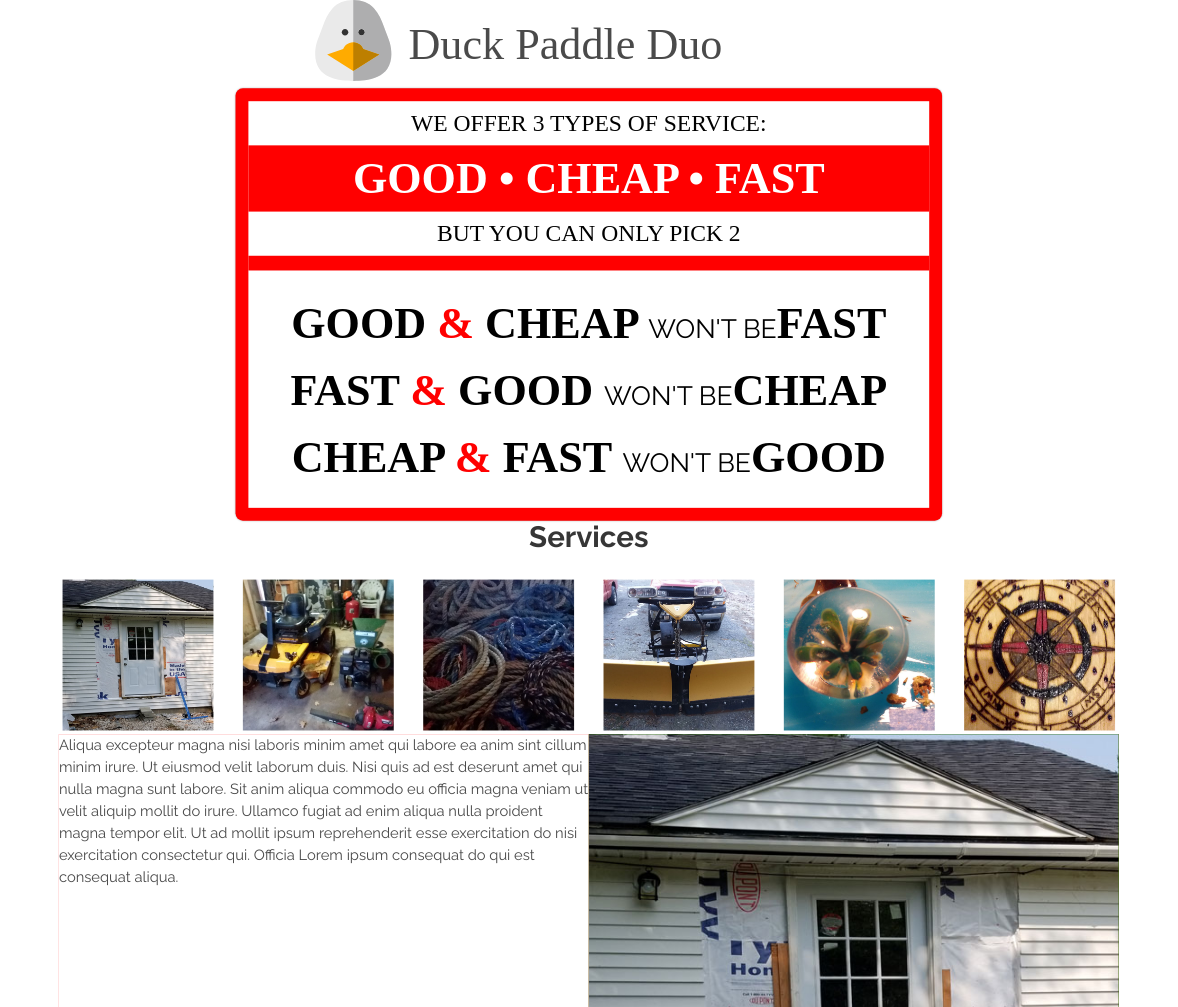
Repository: toddmcbrearty/duckpaddleduo
Page: /
These files come from the project's save history. The page is drawn as it stood at one moment and after the next save; the edit follows.
The browser window is 1280 px wide. The pictures show the whole page, at 92% of full size.
Some web fonts or font styles are not loaded; a fallback is used. The project was rebuilt for these pictures with package versions that can differ from the ones it lists, and the page was loaded fresh each time.

Above is the page before, as saved 2018-12-12 10:19:07.

After the next save:
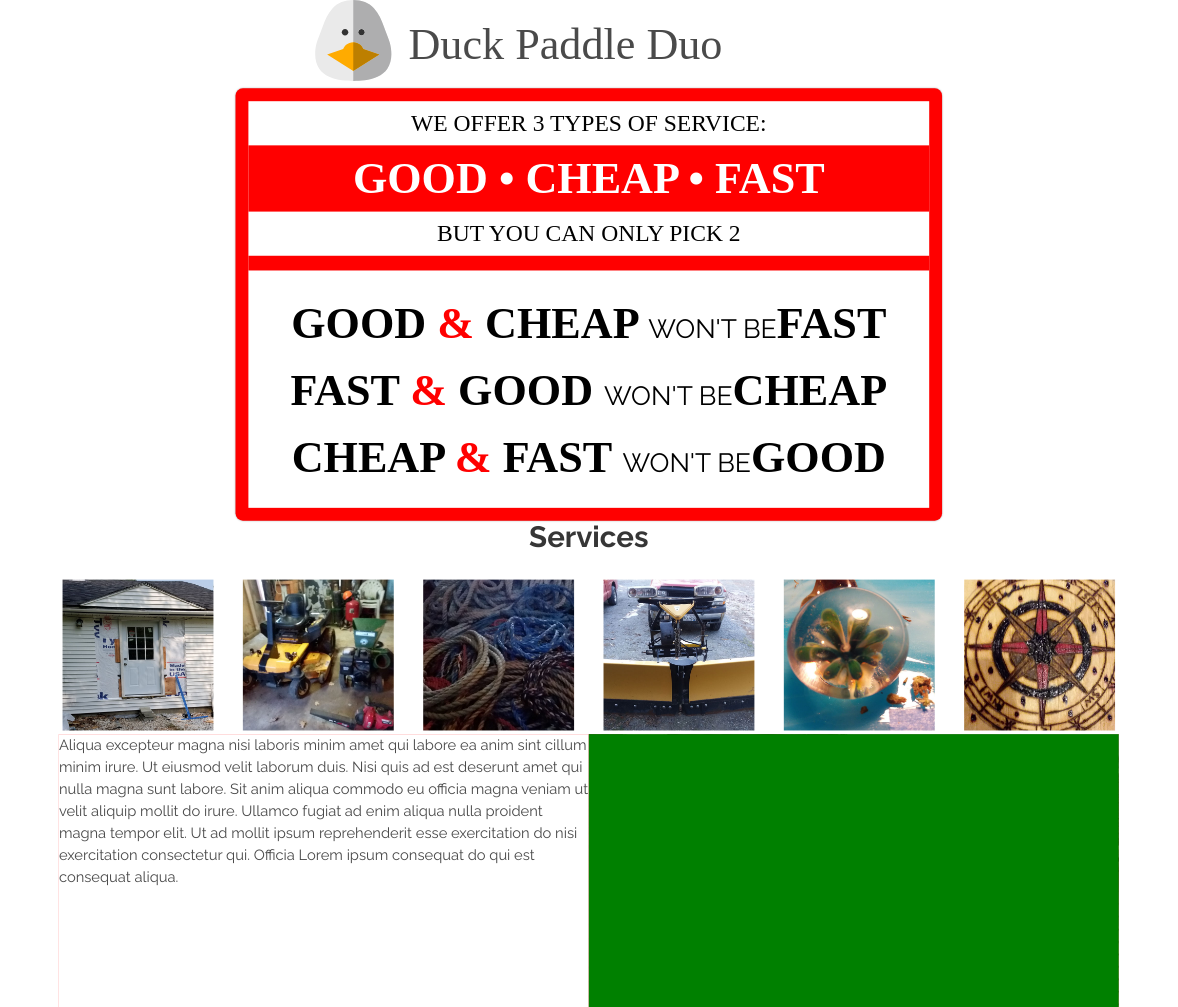
Saved 48 s later.
--- a/src/components/HeroSection.vue
+++ b/src/components/HeroSection.vue
@@ -64,20 +64,22 @@
       width: 100%;
       height: 300px;
       background: green;
+      z-index: 2;
     }
-  }
 
-  .image {
-    flex: 0 0 50%;
-    width: 100%;
-    height: 100%;
-    overflow: hidden;
+    .image {
+      z-index: 1;
+      flex: 0 0 50%;
+      width: 100%;
+      height: 100%;
+      overflow: hidden;
 
-    $angle: -10deg;
+      $angle: -10deg;
 
-    img {
-      width: 100%;
-      height: auto;
+      img {
+        width: 100%;
+        height: auto;
+      }
     }
   }
 }
